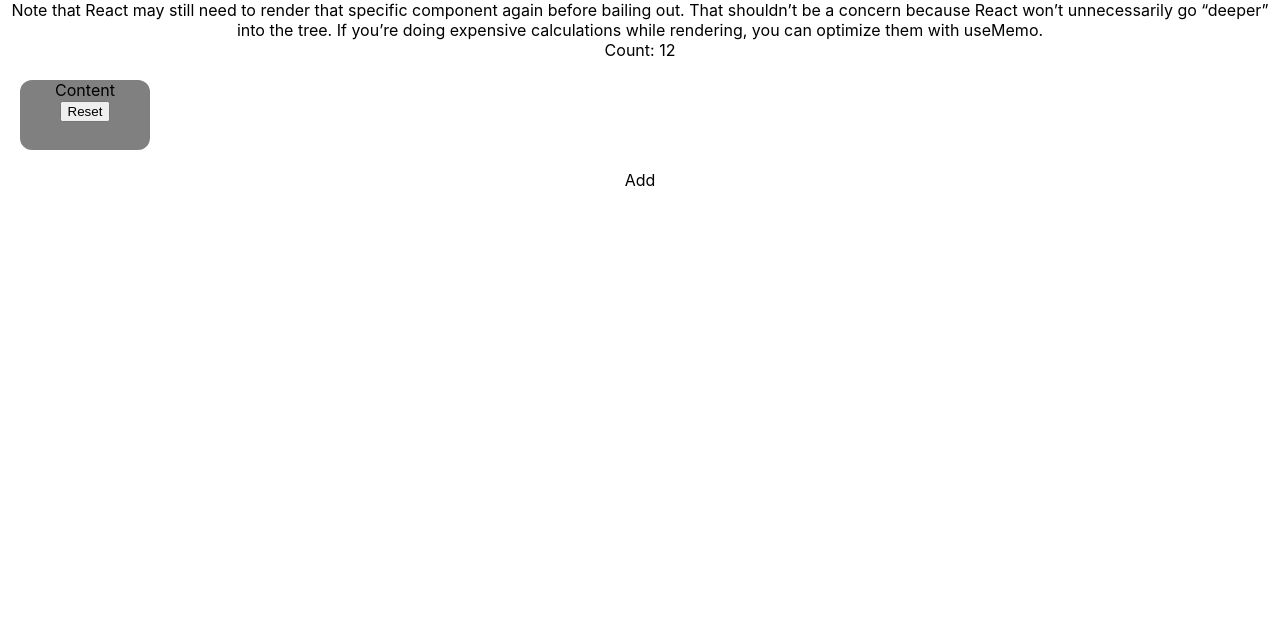
Repository: Farbod29/React-text-highlighter-with-hook-
Page: /
These files come from the project's save history. The page is drawn as it stood at one moment and after the next save; the edit follows.
The browser window is 1280 px wide. The pictures show the whole page.
The project was rebuilt for these pictures with package versions that can differ from the ones it lists, and the page was loaded fresh each time.

Above is the page before, as saved 2022-02-18 21:08:53.

### src/App.js
import './App.css';
import Highlighter from './highlighter';
function App() {
  return (
    <div className="App">
      <Highlighter />
    </div>
  );
}

export default App;

### src/highlighter.js
import React, { useEffect, useState } from 'react';

export default function Highlighter() {
  let doit = () => {
    document.onmouseup = () => {
      console.log(window.getSelection().toString());
    };
  };
  const [count, setCount] = useState(12);
  return (
    <>
      <div>
        {' '}
        Note that React may still need to render that specific component again
        before bailing out. That shouldn’t be a concern because React won’t
        unnecessarily go “deeper” into the tree. If you’re doing expensive
        calculations while rendering, you can optimize them with useMemo.
      </div>
      Count: {count}
      {/* <button onClick={() => setCount((prevCount) => prevCount - 1)}>-</button> */}
      <div style={{ position: 'relative' }}>
        <div
          style={{
            padding: '0px 10px',
            height: '70px',
            width: '110px',
            margin: '20px',
            borderRadius: '12px',
            backgroundColor: 'gray',
            inline: true,
            fontColor: 'red',
            textAlign: 'center',
          }}
        >
          Content
          <button onClick={() => setCount(12)}>Reset</button>
        </div>
        Add {doit()}
      </div>
    </>
  );
}

Loaded but not shown: public/index.html (common file); src/index.js (common file); src/index.css (common file); src/reportWebVitals.js (common file); src/App.css (common file)

After the next save:
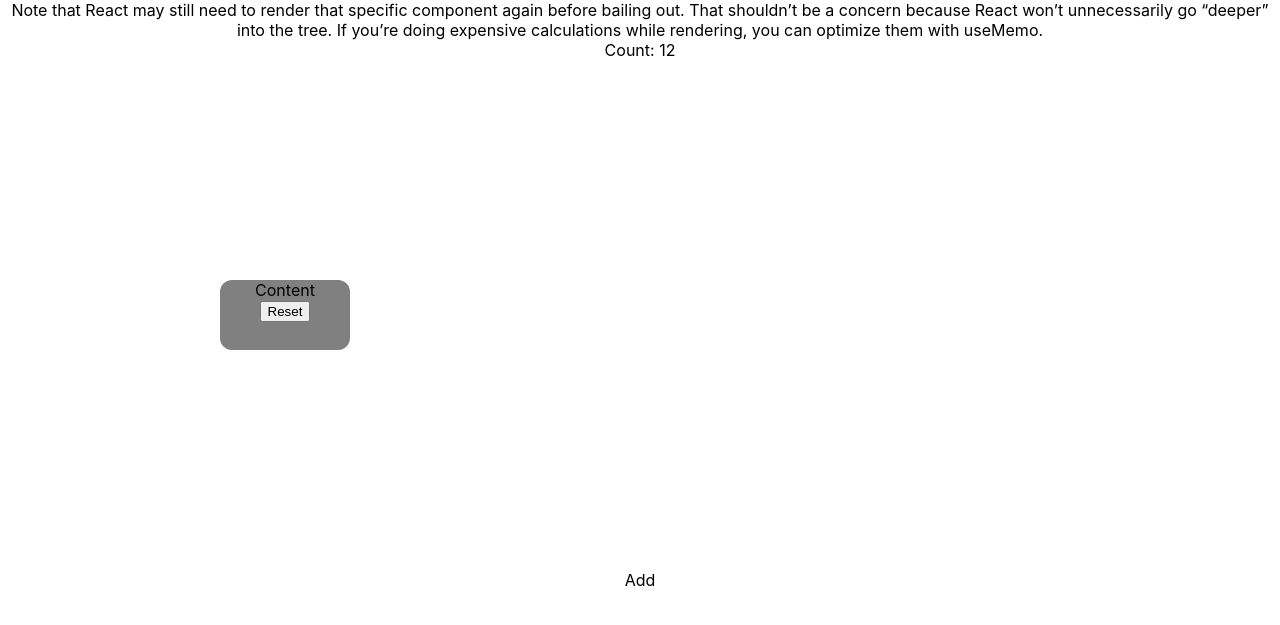
Saved 22 s later.
--- a/src/highlighter.js
+++ b/src/highlighter.js
@@ -24,7 +24,7 @@ export default function Highlighter() {
             padding: '0px 10px',
             height: '70px',
             width: '110px',
-            margin: '20px',
+            margin: '220px',
             borderRadius: '12px',
             backgroundColor: 'gray',
             inline: true,
